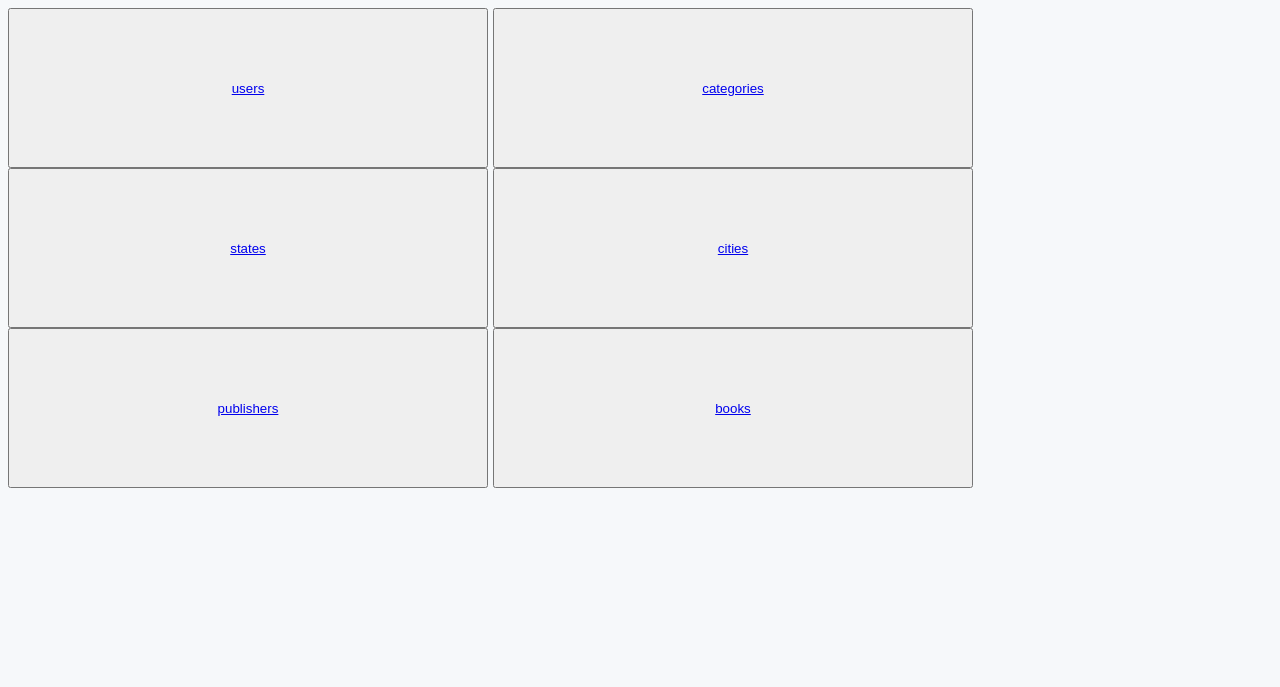
Repository: fontanive12/Biblioteca
Page: front/paginaInicial.html
An editor plug-in stored every save of this project. The page is shown before and after the next save, followed by the edit.
The browser window is 1280 px wide. The pictures show the whole page.

Above is the page before, as saved 2022-09-05 17:12:55.

### front/paginaInicial.html
<!DOCTYPE html>
<html lang="en">
<head>
    <meta charset="UTF-8">
    <meta http-equiv="X-UA-Compatible" content="IE=edge">
    <meta name="viewport" content="width=device-width, initial-scale=1.0">
    <link rel="stylesheet" href="styles.css">

    <title>Initial page</title>
</head>
<body>
    <button class="buttonMenu"><a href="users.html" class="users">users</a></button>
    <button class="buttonMenu"><a href="categories.html" class="categories">categories</a></button>
    <button class="buttonMenu"><a href="states.html" class="states">states</a></button>
    <button class="buttonMenu"><a href="cities.html" class="states">cities</a></button>
    <button class="buttonMenu"><a href="publishers.html" class="states">publishers</a></button>
    <button class="buttonMenu"><a href="books.html" class="states">books</a></button>
</body>
</html>

### front/styles.css

.bg-mynav {
    background-color: #49baef;
  }

  body {
    font-size: 1.25rem;
    background-color: #f6f8fa;
  }

  td {
    line-height: 3rem;
  }

.containerButtons {
  max-width: 100rem;
}

  .buttonMenu {
    width: 30rem;
    height: 10rem;
  }

After the next save:
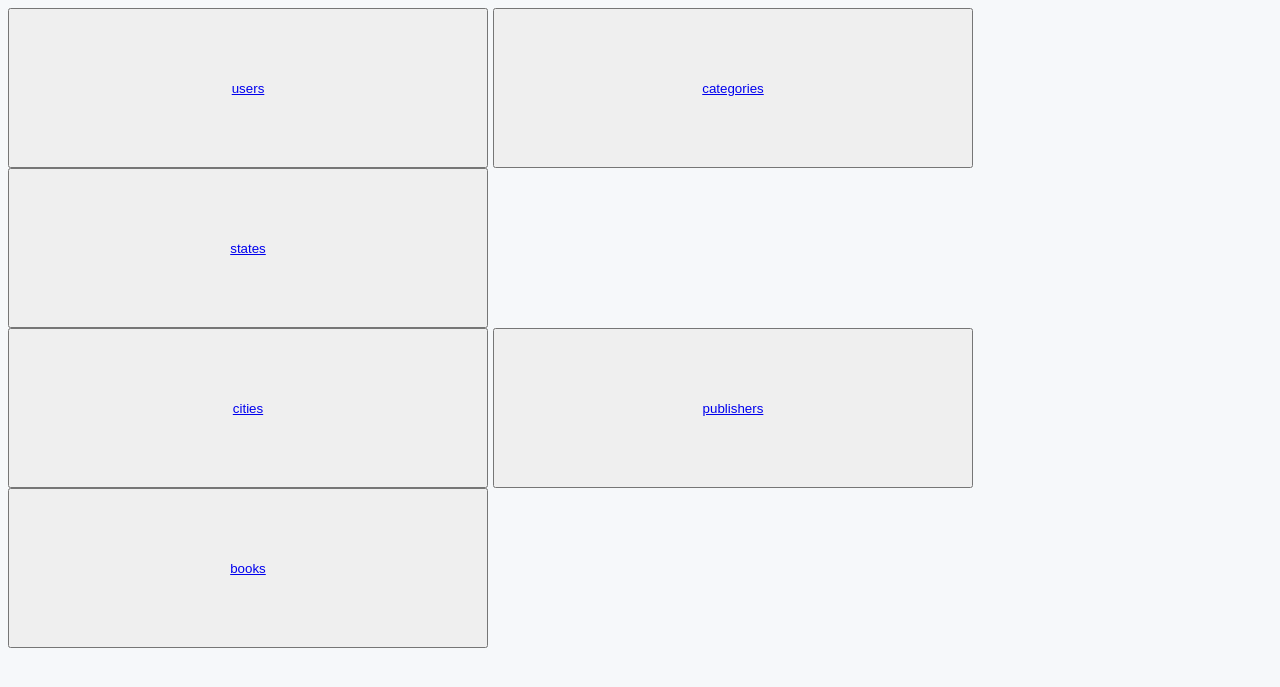
Saved 1 s later.
--- a/front/paginaInicial.html
+++ b/front/paginaInicial.html
@@ -1,5 +1,6 @@
 <!DOCTYPE html>
 <html lang="en">
+
 <head>
     <meta charset="UTF-8">
     <meta http-equiv="X-UA-Compatible" content="IE=edge">
@@ -8,12 +9,18 @@
 
     <title>Initial page</title>
 </head>
+
 <body>
-    <button class="buttonMenu"><a href="users.html" class="users">users</a></button>
-    <button class="buttonMenu"><a href="categories.html" class="categories">categories</a></button>
-    <button class="buttonMenu"><a href="states.html" class="states">states</a></button>
-    <button class="buttonMenu"><a href="cities.html" class="states">cities</a></button>
-    <button class="buttonMenu"><a href="publishers.html" class="states">publishers</a></button>
-    <button class="buttonMenu"><a href="books.html" class="states">books</a></button>
+    <div class="containerButtons">
+        <button class="buttonMenu"><a href="users.html" class="users">users</a></button>
+        <button class="buttonMenu"><a href="categories.html" class="categories">categories</a></button>
+        <button class="buttonMenu"><a href="states.html" class="states">states</a></button>
+    </div>
+    <div class="containerButtons">
+        <button class="buttonMenu"><a href="cities.html" class="states">cities</a></button>
+        <button class="buttonMenu"><a href="publishers.html" class="states">publishers</a></button>
+        <button class="buttonMenu"><a href="books.html" class="states">books</a></button>
+    </div>
 </body>
+
 </html>
